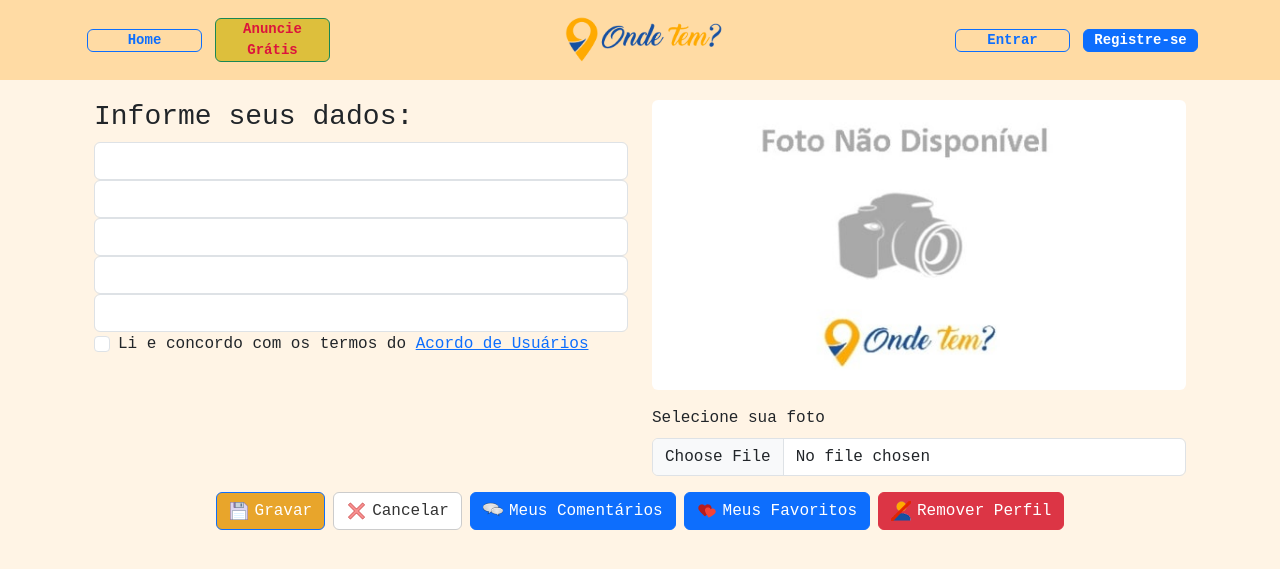
Repository: pepetata/ondetem
Page: /signup (app in frontend/)
The author's editor kept a copy of each file at every save. The page is drawn from the files as they stood at one save, then again after the next save.
The browser window is 1280 px wide. The pictures show the whole page.
The project was rebuilt for these pictures with package versions that can differ from the ones it lists, and the page was loaded fresh each time. Also part of the build but not shown: frontend/vite.config.js.

Above is the page before, as saved 2025-06-13 15:31:52.

### frontend/src/main.jsx
import ReactDOM from "react-dom/client";
import { BrowserRouter as Router } from "react-router-dom";
import { Provider } from "react-redux";
// import store from "./reducers/store";
import App from "./App";
import "bootstrap/dist/css/bootstrap.min.css";
// import "./App.css";

ReactDOM.createRoot(document.getElementById("root")).render(
  // <Provider store={store}>
  // <Provider>
  <Router>
    <App />
  </Router>
  // </Provider>
);

### frontend/src/App.jsx
import { useState } from "react";
import { Routes, Route } from "react-router-dom";
import "./css/App.scss";
import Menu from "./components/Menu";
import UserForm from "./components/UserForm";

const App = () => {
  const [showUserForm, setShowUserForm] = useState(false);

  // Adjust this value to match your navbar height
  const navbarHeight = 100;

  return (
    <>
      <Menu
        onSignup={() => setShowUserForm(true)}
        showUserForm={showUserForm}
      />
      <div className="main-content" style={{ marginTop: navbarHeight }}>
        {showUserForm && <UserForm onCancel={() => setShowUserForm(false)} />}
        <Routes>
          {/* ...other routes... */}
          <Route
            path="/signup"
            element={
              <div className="container">
                <UserForm />
              </div>
            }
          />
        </Routes>
      </div>
    </>
  );
};

export default App;

### frontend/src/css/App.scss
@use "./_variables.scss" as *;

body {
  background: $bg-color !important;
  font-family: $body-font !important;
}

### frontend/src/components/Menu.jsx
import { Navbar, Nav, Button, Container } from "react-bootstrap";
import { Link, useNavigate } from "react-router-dom";
import "../css/Menu.scss";

const Menu = ({ onLogin, onNewAd }) => {
  const navigate = useNavigate();

  const handleSignup = () => {
    navigate("/signup");
  };

  return (
    <Navbar
      expand="lg"
      fixed="top"
      className="py-2 navbar-bg-logo"
      // style={{ top: 64 }}
    >
      <Container className="navbar-content">
        {/* Left side buttons */}
        <Nav className="align-items-center d-none d-lg-flex">
          <Button
            as={Link}
            to="/"
            variant="outline-primary"
            className="me-2 menu-btn"
          >
            Home
          </Button>
          <Button
            variant="outline-success"
            className="me-2 menu-btn bt-add-ad"
            onClick={onNewAd}
          >
            Anuncie Grátis
          </Button>
        </Nav>

        <div className="navbar-center">
          <Link to="/" className="d-flex align-items-center">
            <img
              src="/images/logo.png"
              alt="Onde tem?"
              className="logo-img"
              height="48"
            />
          </Link>
        </div>
        <Navbar.Toggle
          aria-controls="main-navbar-nav"
          className="ms-2 d-lg-none navbar-toggle-custom"
        />

        {/* Right side buttons */}
        <Nav className="align-items-center d-none d-lg-flex">
          <Button
            variant="outline-primary"
            className="me-2 menu-btn"
            onClick={onLogin}
          >
            Entrar
          </Button>
          <Button variant="primary" onClick={handleSignup} className="menu-btn">
            Registre-se
          </Button>
        </Nav>

        {/* Collapsible content for mobile */}
        <Navbar.Collapse id="main-navbar-nav" className="d-lg-none">
          <Nav className="flex-column align-items-center w-100">
            <Button
              as={Link}
              to="/"
              variant="outline-primary"
              className="my-2 menu-btn"
            >
              Home
            </Button>
            <Button
              variant="outline-success"
              className="my-2 menu-btn bt-add-ad"
              onClick={onNewAd}
            >
              Anuncie Grátis
            </Button>
            <Button
              variant="outline-primary"
              className="my-2 menu-btn"
              onClick={onLogin}
            >
              Entrar
            </Button>
            <Button
              variant="primary"
              onClick={handleSignup}
              className="my-2 menu-btn"
            >
              Registre-se
            </Button>
          </Nav>
        </Navbar.Collapse>
      </Container>
    </Navbar>
  );
};

export default Menu;

### frontend/src/components/UserForm.jsx
import { Formik, Form as FormikForm, Field } from "formik";
import { Form, Row, Col, Image } from "react-bootstrap";
import { userFormFields } from "../formFields/userFormFields";
import OTButton from "./OTButton";
import FormInput from "./FormInput";
import * as Yup from "yup";

const defaultImg = "/images/nophoto.jpg";

// Build initialValues from userFormFields
const initialValues = Object.fromEntries(
  Object.values(userFormFields).map((f) => [f.name, ""])
);

// Example Yup validation schema (customize as needed)
const validationSchema = Yup.object({
  fullName: Yup.string().required("Obrigatório"),
  nickname: Yup.string().required("Obrigatório"),
  email: Yup.string().email("Email inválido").required("Obrigatório"),
  password: Yup.string().required("Obrigatório"),
  password2: Yup.string()
    .oneOf([Yup.ref("password"), null], "Senhas não coincidem")
    .required("Obrigatório"),
});

const UserForm = () => {
  return (
    <div className="container">
      <Formik
        initialValues={initialValues}
        validationSchema={validationSchema}
        onSubmit={(values) => {
          console.log("saving", values);
          // handle save logic here
        }}
      >
        {({ setFieldValue, values }) => (
          <FormikForm id="signup">
            <Row className="userData">
              <Col md={6}>
                <h3>Informe seus dados:</h3>
                {Object.values(userFormFields).map((field) => (
                  <Field
                    key={field.name}
                    name={field.name}
                    label={field.label}
                    type={field.type}
                    placeholder={field.placeholder}
                    maxLength={field.maxLength}
                    required={field.required}
                    component={FormInput}
                  />
                ))}
                <Form.Group>
                  <Field
                    name="useragreement"
                    type="checkbox"
                    as={Form.Check}
                    label={
                      <>
                        Li e concordo com os termos do{" "}
                        <a
                          href="#"
                          onClick={() =>
                            window.$("#agreementModal").modal("show")
                          }
                        >
                          Acordo de Usuários
                        </a>
                      </>
                    }
                  />
                </Form.Group>
              </Col>
              <Col md={6}>
                <div id="image_preview">
                  <Image id="previewing" src={defaultImg} rounded fluid />
                </div>
                <div id="selectImage" className="mt-3">
                  <Form.Label>Selecione sua foto</Form.Label>
                  <Form.Control
                    type="file"
                    name="photo"
                    accept="image/*"
                    onChange={(e) => setFieldValue("photo", e.target.files[0])}
                  />
                </div>
              </Col>
            </Row>
            <div className="d-flex flex-wrap gap-2 mt-3 justify-content-center">
              <OTButton
                type="submit"
                className="savebutton"
                imgSrc="/images/save.png"
                imgAlt="Gravar"
              >
                Gravar
              </OTButton>
              <OTButton
                className="cancelbutton"
                imgSrc="/images/cancel.png"
                imgAlt="Cancelar"
              >
                Cancelar
              </OTButton>
              <OTButton imgSrc="/images/comments.png" imgAlt="Meus Comentários">
                Meus Comentários
              </OTButton>
              <OTButton imgSrc="/images/twohearts.png" imgAlt="Meus Favoritos">
                Meus Favoritos
              </OTButton>
              <OTButton
                className="btn-danger"
                imgSrc="/images/userRemove.png"
                imgAlt="Remover Perfil"
              >
                Remover Perfil
              </OTButton>
            </div>
          </FormikForm>
        )}
      </Formik>
    </div>
  );
};

export default UserForm;

### frontend/src/css/_variables.scss
$bg-color: #fff4e5;
$logoO: #ffaa00;
$logoB: #1650a1;
$textLabel: #0896ff;
$header-color: #ffd699;
$footer-color: #ffd699;
$body-font: "Inconsolata", monospace;

### frontend/src/css/Menu.scss
@use "./_variables.scss" as *;

.logo-bar {
  background: $header-color !important;
  width: 100%;
  display: flex;
  justify-content: center;
  align-items: center;
  background: #fff;
  z-index: 1051;
  position: fixed;
  top: 0;
  left: 0;
  height: 64px;
  // border-bottom: 1px solid #eee;
}

// .navbar {
//   background: $header-color !important;
// }
.navbar-bg-logo {
  background: rgba(255, 214, 153, 0.85) !important;
  min-height: 80px;
  padding-top: 12px;
  padding-bottom: 12px;
}

.navbar-content {
  display: flex;
  align-items: center;
  justify-content: space-between;
  width: 100%;
}

.navbar-center {
  flex: 1 1 0;
  display: flex;
  align-items: center;
  justify-content: center;
  min-width: 0;
  margin: 0;
}

.logo-img {
  max-height: 48px;
}

.logo-img {
  max-height: 48px;
}

.menu-btn {
  width: 115px; //!important;
  // height: 24px !important;
  padding: 0 !important;
  font-size: 14px !important;
  display: flex !important;
  align-items: center !important;
  justify-content: center !important;
  margin-bottom: 5px !important;
  margin-left: 5px !important;
  margin-top: 5px !important;
  // padding-top: 8px !important;
  // padding-bottom: 8px !important;
  // padding-left: 15px !important;
  font-weight: bold !important;
}

.bt-add-ad {
  background-color: #ddbf3c !important;
  color: crimson !important;
}

@media (max-width: 991.98px) {
  .navbar-toggle-custom {
    position: absolute;
    right: 24px;
    top: 50%;
    transform: translateY(-50%);
    z-index: 1052; // above the menu
  }
  .navbar-center {
    position: relative;
    width: 100%;
    justify-content: flex-start;
  }
}

@media (min-width: 992px) {
  .navbar .navbar-collapse.d-lg-none {
    display: none !important;
  }
}

@media (max-width: 991.98px) {
  .logo-img {
    max-height: 36px;
  }
}

### frontend/src/formFields/userFormFields.js
export const userFormFields = {
  name: {
    label: "",
    type: "text",
    value: "",
    name: "fullName",
    maxLength: 100,
    required: true,
    placeholder: "Nome Completo",
  },
  nickname: {
    label: "",
    type: "text",
    value: "",
    name: "nickname",
    maxLength: 20,
    required: true,
    placeholder: "Primeiro nome ou apelido",
  },

  email: {
    label: "",
    type: "email",
    value: "",
    name: "email",
    required: true,
    placeholder: "Email",
  },
  password: {
    label: "Senha",
    type: "password",
    value: "",
    name: "password",
    required: true,
    placeholder: "Senha",
  },
  confirmpassword: {
    label: "Confirme a senha",
    type: "password",
    value: "",
    name: "password2",
    required: true,
    placeholder: "Confirme a senha",
  },
};

### frontend/src/components/OTButton.jsx
import { Button } from "react-bootstrap";
import PropTypes from "prop-types";
import "../css/OTButton.scss";

const OTButton = ({
  variant,
  className,
  onClick,
  imgSrc,
  imgAlt,
  type,
  children,
}) => (
  <Button
    variant={variant}
    className={`otbutton ${className || ""}`}
    onClick={onClick}
    type={type || "button"}
  >
    {imgSrc && (
      <img
        src={imgSrc}
        alt={imgAlt || ""}
        style={{
          height: 20,
          width: 20,
          marginRight: 6,
          verticalAlign: "middle",
        }}
      />
    )}
    {children}
  </Button>
);

OTButton.propTypes = {
  variant: PropTypes.string,
  className: PropTypes.string,
  onClick: PropTypes.func,
  imgSrc: PropTypes.string,
  imgAlt: PropTypes.string,
  children: PropTypes.node,
};

export default OTButton;

### frontend/src/components/FormInput.jsx
import PropTypes from "prop-types";
import { Form } from "react-bootstrap";

const FormInput = ({ field, form }) => {
  const {
    label,
    type,
    value,
    name,
    placeholder,
    maxLength,
    required,
    onChange,
    ...inputProps
  } = field;
  // const { values, errors, touched } = form;

  return (
    <Form.Group>
      {label && <Form.Label>{label}</Form.Label>}
      <Form.Control
        type={type}
        name={name}
        value={value ?? ""}
        onChange={onChange}
        // onBlur={form.handleBlur}
        placeholder={placeholder}
        maxLength={maxLength}
        required={required}
        // isInvalid={touched[field.name] && !!errors[field.name]}
      />
      {/* <Form.Control.Feedback type="invalid">
        {errors[field.name]}
      </Form.Control.Feedback> */}
    </Form.Group>
  );
};

FormInput.propTypes = {
  field: PropTypes.shape({
    label: PropTypes.string,
    type: PropTypes.string.isRequired,
    value: PropTypes.any,
    placeholder: PropTypes.string,
    maxLength: PropTypes.number,
    required: PropTypes.bool,
    name: PropTypes.string.isRequired,
    onChange: PropTypes.func.isRequired,
  }).isRequired,
  form: PropTypes.shape({
    values: PropTypes.object.isRequired,
    errors: PropTypes.object,
    touched: PropTypes.object,
    onChange: PropTypes.func.isRequired,
    handleBlur: PropTypes.func.isRequired,
  }).isRequired,
};

export default FormInput;

### frontend/src/css/OTButton.scss
.otbutton {
  img {
    height: 20px;
    width: 20px;
  }
  font-size: 14px;
  padding: 3px;
}

.savebutton {
  /* font-weight: bold; */
  background-color: #e8a52b !important;
}

.cancelbutton {
  background-color: #fff !important;
  color: #333 !important;
  border: 1px solid #ccc !important;
}

Loaded but not shown: frontend/index.html (common file)

After the next save:
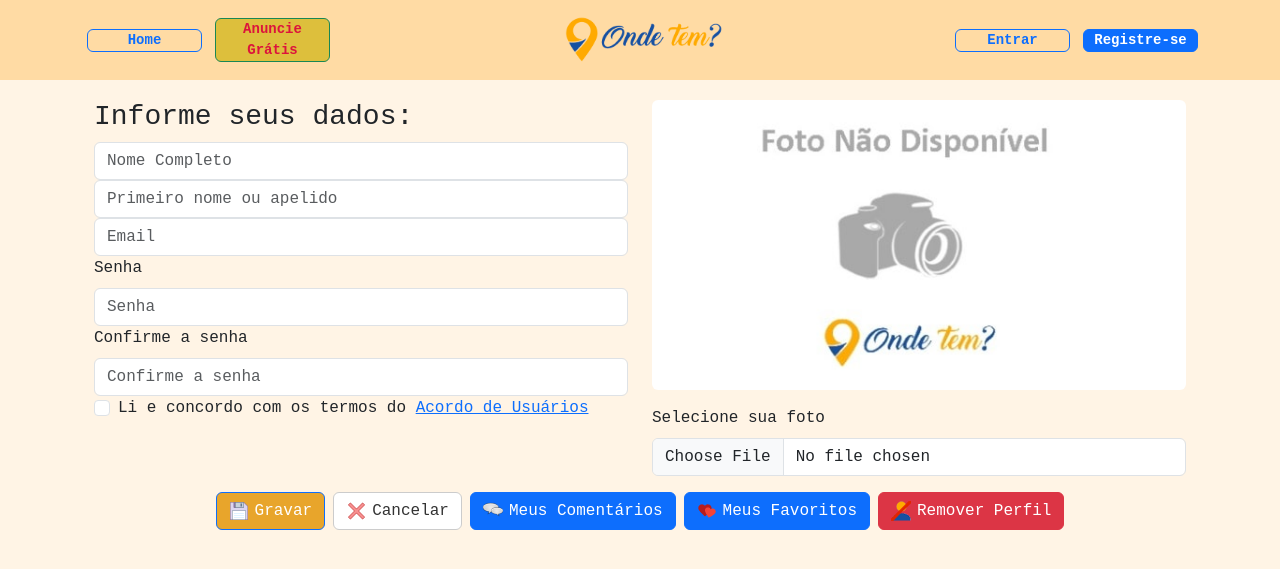
Saved 8 s later.
--- a/frontend/src/components/FormInput.jsx
+++ b/frontend/src/components/FormInput.jsx
@@ -1,59 +1,24 @@
 import PropTypes from "prop-types";
 import { Form } from "react-bootstrap";
 
-const FormInput = ({ field, form }) => {
-  const {
-    label,
-    type,
-    value,
-    name,
-    placeholder,
-    maxLength,
-    required,
-    onChange,
-    ...inputProps
-  } = field;
-  // const { values, errors, touched } = form;
+const FormInput = ({ field, form, ...props }) => {
+  const { name } = field;
+  const { touched, errors } = form;
+  const metaError = touched[name] && errors[name];
 
   return (
     <Form.Group>
-      {label && <Form.Label>{label}</Form.Label>}
-      <Form.Control
-        type={type}
-        name={name}
-        value={value ?? ""}
-        onChange={onChange}
-        // onBlur={form.handleBlur}
-        placeholder={placeholder}
-        maxLength={maxLength}
-        required={required}
-        // isInvalid={touched[field.name] && !!errors[field.name]}
-      />
-      {/* <Form.Control.Feedback type="invalid">
-        {errors[field.name]}
-      </Form.Control.Feedback> */}
+      {props.label && <Form.Label>{props.label}</Form.Label>}
+      <Form.Control {...field} {...props} isInvalid={!!metaError} />
+      <Form.Control.Feedback type="invalid">{metaError}</Form.Control.Feedback>
     </Form.Group>
   );
 };
 
 FormInput.propTypes = {
-  field: PropTypes.shape({
-    label: PropTypes.string,
-    type: PropTypes.string.isRequired,
-    value: PropTypes.any,
-    placeholder: PropTypes.string,
-    maxLength: PropTypes.number,
-    required: PropTypes.bool,
-    name: PropTypes.string.isRequired,
-    onChange: PropTypes.func.isRequired,
-  }).isRequired,
-  form: PropTypes.shape({
-    values: PropTypes.object.isRequired,
-    errors: PropTypes.object,
-    touched: PropTypes.object,
-    onChange: PropTypes.func.isRequired,
-    handleBlur: PropTypes.func.isRequired,
-  }).isRequired,
+  field: PropTypes.object.isRequired, // Provided by Formik's <Field>
+  form: PropTypes.object.isRequired, // Provided by Formik's <Field>
+  label: PropTypes.string,
 };
 
 export default FormInput;
